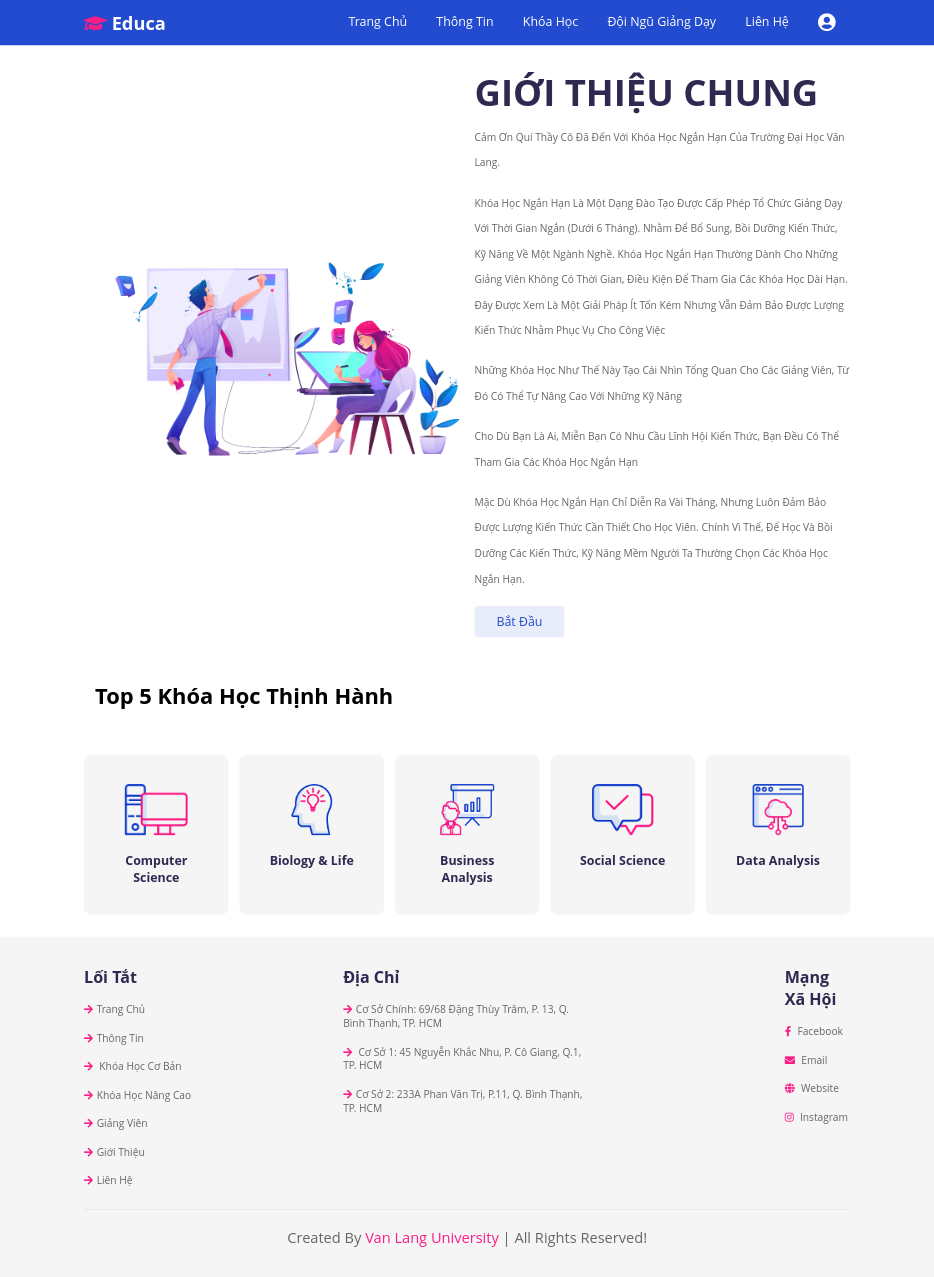
Repository: nhatkhanh022400/Layout
Page: Page-User/home.html
An editor plug-in stored every save of this project. The page is shown before and after the next save, followed by the edit.
The browser window is 1280 px wide. The pictures show the whole page, at 73% of full size.

Above is the page before, as saved 2022-03-22 16:48:50.
Console error: ReferenceError: $ is not defined

### Page-User/home.html
<!DOCTYPE html>
<html lang="en">
<head>
    <meta charset="UTF-8">
    <meta http-equiv="X-UA-Compatible" content="IE=edge">
    <meta name="viewport" content="width=device-width, initial-scale=1.0">
    <title>home</title>

    <!-- font awesome cdn link  -->
    <link rel="stylesheet" href="https://cdnjs.cloudflare.com/ajax/libs/font-awesome/5.15.4/css/all.min.css">

    <!-- custom css file link  -->
    <link rel="stylesheet" href="css/style.css">
    <link rel="stylesheet" href="https://unpkg.com/aos@next/dist/aos.css" />

</head>
<body>

<!-- header section starts  -->

<header class="header">

    <a href="home.html" class="logo"> <i class="fas fa-graduation-cap"></i> educa </a>

    <div id="menu-btn" class="fas fa-bars"></div>

    <nav class="navbar">
        <ul>
            <li><a href="home.html">Trang Chủ</a></li>
            <li><a href="about.html">Thông Tin</a></li>
            <li><a href="#">Khóa Học</a>
                <ul>
                    <li><a href="course-1.html">Khóa Học Cơ Bản</a></li>
                    <li><a href="course-2.html">Khóa Học Nâng Cao </a></li>

                </ul>
            </li>
            <li>
                <a href="#">Đội Ngũ Giảng Dạy</a>
                <ul>
                    <li><a href="blog.html">Giới Thiệu</a></li>
                    <li><a href="teachers.html">Giảng Viên</a></li>
                </ul>
            </li>
            <li><a href="contact.html">Liên Hệ</a></li>
            <li>
                <a href="#">
                    <i class="fas fa-user-circle"></i>
                </a>
                <ul>
                    <li><a href="user.html">Profile</a></li>
                    <li><a href="sign-up.html">Đăng Xuất</a></li>
                </ul>

            </li>
        </ul>
    </nav>

</header>

<!-- header section ends -->

<!-- home section starts  -->

<section class="home">

    <div class="image">
        <img src="images/home-img.png" alt="">
    </div>

    <div class="content">
        <h3>GIỚI THIỆU CHUNG</h3>
        <p>Cảm ơn quí thầy cô đã đến với khóa học ngắn hạn của Trường Đại Học Văn Lang.</p>

           <p> Khóa học ngắn hạn là một dạng đào tạo được cấp phép tổ chức giảng dạy với thời gian ngắn (dưới 6 tháng). Nhằm để bổ sung, bồi dưỡng kiến thức, kỹ năng về một ngành nghề. Khóa học ngắn hạn thường dành cho những giảng viên không có thời gian, điều kiện để tham gia các khóa học dài hạn. Đây được xem là một giải pháp ít tốn kém nhưng vẫn đảm bảo được lượng kiến thức nhằm phục vụ cho công việc</p>

           <p> Những khóa học như thế này tạo cái nhìn tổng quan cho các giảng viên, từ đó có thể tự nâng cao với những kỹ năng</p>

           <p> Cho dù bạn là ai, miễn bạn có nhu cầu lĩnh hội kiến thức, bạn đều có thể tham gia các khóa học ngắn hạn</p>

           <p> Mặc dù khóa học ngắn hạn chỉ diễn ra vài tháng, nhưng luôn đảm bảo được lượng kiến thức cần thiết cho học viên. Chính vì thế, để học và bồi dưỡng các kiến thức, kỹ năng mềm người ta thường chọn các khóa học ngắn hạn.</p>
        <a href="about.html" class="btn">Bắt Đầu</a>
    </div>

</section>

<!-- home section ends -->

<!-- categories section starts  -->
<section class="trending">Top 5 Khóa Học Thịnh Hành</section>
<section class="category">

    <a href="#" class="box">
        <img src="images/category-1.png" alt="">
        <h3>computer science</h3>
    </a>

    <a href="#" class="box">
        <img src="images/category-2.png" alt="">
        <h3>biology & life</h3>
    </a>

    <a href="#" class="box">
        <img src="images/category-3.png" alt="">
        <h3>business analysis</h3>
    </a>

    <a href="#" class="box">
        <img src="images/category-4.png" alt="">
        <h3>social science</h3>
    </a>

    <a href="#" class="box">
        <img src="images/category-5.png" alt="">
        <h3>data analysis</h3>
    </a>

</section>

<!-- categories section ends -->












<!-- footer section starts  -->

<section class="footer" data-aos="fade-right" data-aos-duration="40000">

    <div class="box-container">

        <div class="box">
            <h3>Lối Tắt</h3>
            <a href="home.html"> <i class="fas fa-arrow-right"></i>Trang Chủ</a>
            <a href="about.html"> <i class="fas fa-arrow-right"></i>Thông Tin </a>
            <a href="course-1.html"> <i class="fas fa-arrow-right"></i> Khóa Học Cơ Bản</a>
            <a href="course-2.html"> <i class="fas fa-arrow-right"></i>Khóa Học Nâng Cao</a>
            <a href="teachers.html"> <i class="fas fa-arrow-right"></i>Giảng Viên</a>
            <a href="blog.html"> <i class="fas fa-arrow-right"></i>Giới Thiệu</a>
            <a href="contact.html"> <i class="fas fa-arrow-right"></i>Liên Hệ</a>
        </div>

        <div class="box">
            <h3>Địa Chỉ</h3>
            <a href="#"> <i class="fas fa-arrow-right"></i>Cơ sở chính: 69/68 Đặng Thùy Trâm, P. 13, Q. Bình Thạnh, TP. HCM</a>
            <a href="#"> <i class="fas fa-arrow-right"></i> Cơ sở 1: 45 Nguyễn Khắc Nhu, P. Cô Giang, Q.1, TP. HCM</a>
            <a href="#"> <i class="fas fa-arrow-right"></i>Cơ sở 2: 233A Phan Văn Trị, P.11, Q. Bình Thạnh, TP. HCM</a>

        </div>

        <div class="box" style="margin-left: 25rem;">
            <h3>Mạng Xã Hội</h3>
            <a href="#"> <i class="fab fa-facebook-f"></i> facebook </a>
            <a href="#"> <i class="fas fa-envelope"></i> email</a>
            <a href="#"> <i class="fas fa-globe"></i> website </a>
            <a href="#"> <i class="fab fa-instagram"></i> instagram </a>

        </div>

    </div>

    <div class="credit"> created by <span>Van Lang University</span> | all rights reserved! </div>

</section>

<!-- footer section ends -->

<!-- custom js file link  -->
<script src="js/script.js"></script>
<script src="https://unpkg.com/aos@next/dist/aos.js"></script>
    <script>
        AOS.init();
    </script>
</body>
</html>

### Page-User/css/style.css
@import url("https://fonts.googleapis.com/css2?family=Poppins:wght@100;300;400;500;600&display=swap");
* {
  font-family: 'Open Sans', sans-serif;
  margin: 0;
  padding: 0;
  -webkit-box-sizing: border-box;
  box-sizing: border-box;
  text-transform: capitalize;
  text-decoration: none;
  outline: none;
  border: none;
  -webkit-transition: all 0.2s linear;
  transition: all 0.2s linear;
}

html {
  font-size: 62.5%;
  overflow-x: hidden;
}

section {
  padding: 3rem 9%;
}

.btn {
  display: inline-block;
  margin-top: 1rem;
  padding: 1rem 3rem;
  background: #e9edfb;
  color: #224bcf;
  cursor: pointer;
  border-radius: 0.5rem;
  font-size: 1.7rem;
}

.btn:hover {
  color: #fff;
  background: #224bcf;
}

.heading {
  background: url(../images/heading-bg.png) no-repeat;
  background-size: cover;
  background-position: center;
}

.heading h3 {
  font-size: 3.5rem;
  color: #302851;
}

.heading p {
  font-size: 1.6rem;
  color: #666;
  padding-top: 0.5rem;
}

.heading p a {
  padding-right: 0.5rem;
  color: #fa1d86;
}

.heading p a:hover {
  color: #224bcf;
}

.header {
  position: -webkit-sticky;
  position: sticky;
  top: 0;
  left: 0;
  right: 0;
  z-index: 1000;
  display: -webkit-box;
  display: -ms-flexbox;
  display: flex;
  -webkit-box-align: center;
  -ms-flex-align: center;
  align-items: center;
  -webkit-box-pack: justify;
  -ms-flex-pack: justify;
  justify-content: space-between;
  padding: 0 9%;
  background: #224bcf;
  height: 62px;
}

.header .logo {
  font-size: 2.5rem;
  font-weight: bolder;
  color: #fff;
  text-decoration: none;
}

.header .logo i {
  color: #fa1d86;
}

.header .navbar ul {
  list-style: none;
  width: 100%;
}

.header .fa-user-circle{
  font-size: 25px;
}

.header .navbar ul li {
  position: relative;
  float: left;
}

.header .navbar ul li:hover ul {
  display: block;
}

.header .navbar ul li a {
  padding: 2rem;
  display: block;
  font-size: 1.7rem;
  color: #fff;
  text-decoration: none;
}

.header .navbar ul li a:hover {
  background: #fa1d86;
}

.header .navbar ul li ul {
  position: absolute;
  left: 0;
  width: 20rem;
  background: #224bcf;
  display: none;
}

.header .navbar ul li ul li {
  width: 100%;
}

#menu-btn {
  cursor: pointer;
  color: #fff;
  font-size: 2.5rem;
  display: none;
}

.home {
  display: -webkit-box;
  display: -ms-flexbox;
  display: flex;
  -webkit-box-align: center;
  -ms-flex-align: center;
  align-items: center;
  -ms-flex-wrap: wrap;
  flex-wrap: wrap;
  gap: 2rem;
}

.home .image {
  -webkit-box-flex: 1;
  -ms-flex: 1 1 42rem;
  flex: 1 1 42rem;
}

.home .image img {
  width: 100%;
}

.home .content {
  -webkit-box-flex: 1;
  -ms-flex: 1 1 42rem;
  flex: 1 1 42rem;
}

.home .content h3 {
  color: #302851;
  font-size: 5rem;
}

.home .content p {
  font-size: 1.4rem;
  color: #666;
  padding: 1rem 0;
  line-height: 2.5;
}

.trending{
  font-size: 30px;
  font-weight: bold;
  margin-left: 1.5rem;
}

.category {
  display: -ms-grid;
  display: grid;
  -ms-grid-columns: (minmax(16rem, 1fr)) [auto-fit];
  grid-template-columns: repeat(auto-fit, minmax(16rem, 1fr));
  gap: 1.5rem;
}

.category .box {
  border-radius: 1rem;
  background: #f5f5f5;
  padding: 4rem 3rem;
  text-align: center;
}

.category .box img {
  height: 7rem;
  margin-bottom: 2rem;
}

.category .box h3 {
  font-size: 1.7rem;
  color: #302851;
}

.about {
  display: -webkit-box;
  display: -ms-flexbox;
  display: flex;
  -webkit-box-align: center;
  -ms-flex-align: center;
  align-items: center;
  -ms-flex-wrap: wrap;
  flex-wrap: wrap;
  gap: 2rem;
}

.about .image {
  -webkit-box-flex: 1;
  -ms-flex: 1 1 42rem;
  flex: 1 1 42rem;
}

.about .image img {
  width: 100%;
}

.about .content {
  -webkit-box-flex: 1;
  -ms-flex: 1 1 42rem;
  flex: 1 1 42rem;
}

.about .content h3 {
  color: #302851;
  font-size: 4.5rem;
}

.about .content p {
  font-size: 1.4rem;
  padding: 1rem 0;
  color: #666;
  line-height: 2.5;
}

.teachers {
  display: -ms-grid;
  display: grid;
  -ms-grid-columns: (minmax(27rem, 1fr)) [auto-fit];
  grid-template-columns: repeat(auto-fit, minmax(27rem, 1fr));
  gap: 1.5rem;

}

.teachers .box {
  text-align: center;
  overflow: hidden;
}

.teachers .box:hover .image .share {
  -webkit-transform: translateY(0);
  transform: translateY(0);
}

.teachers .box:hover .image .share a {
  transform: translateY(10px);
  opacity: 1;
  transition: transform 0.2s 0.2s;
  transition: transform 0.2s 0.2s, -webkit-transform 0.2s 0.2s;
}

.teachers .box:hover .image .share button {
  background-color: transparent;
  color: white;
  font-weight: bold;
  border: 1px solid white;
  padding: 3px 6px;
  border-radius: 3px;
  font-size: 15px;
  transform: translateY(-10px);
  opacity: 1;
  transition: transform 0.2s 0.2s;
}

.teachers .box:hover .image .share .status {
  float: left;
  background-color: transparent;
  color: white;
  font-size: 13px;
  transform: translateY(-10px);
  transition: p 0.2s;
}

.teachers .box .image {
  overflow: hidden;
  height: 32rem;
  width: 100%;
  position: relative;
  border-radius: 1rem;
}

.teachers .box .image .share {
  position: absolute;
  top: 0;
  left: 0;
  height: 100%;
  width: 100%;
  background: rgba(0, 0, 0, 0.7);
  display: -webkit-box;
  display: -ms-flexbox;
  display: flex;
  -webkit-box-align: end;
  -ms-flex-align: end;
  align-items: flex-end;
  -webkit-box-pack: center;
  -ms-flex-pack: center;
  justify-content: center;
  z-index: 10;
  overflow: hidden;
  -webkit-transform: translateY(-100%);
  transform: translateY(-100%);
}

.teachers .box .image .share a {
  font-size: 2.5rem;
  margin: 2rem 1.5rem;
  color: #fff;
  -webkit-transform: translateY(5rem);
  transform: translateY(5rem);
  opacity: 0;
}

.teachers .box .image .share a:hover {
  color: #fa1d86;
}

.teachers .box .image .share button:hover {
  background-color: white;
  color: black;
}

.teachers .box .image img {
  height: 100%;
  width: 100%;
  -o-object-fit: cover;
  object-fit: cover;
}

.teachers .box .content {
  padding-top: 1rem;
}

.teachers .box .content h3 {
  font-size: 2rem;
  color: #302851;
}

.teachers .box .content span {
  color: #666;
  font-size: 1.5rem;
}

.blog {
  display: -ms-grid;
  display: grid;
  -ms-grid-columns: (minmax(31rem, 1fr)) [auto-fit];
  grid-template-columns: repeat(auto-fit, minmax(31rem, 1fr));
  gap: 1.5rem;
}

.blog .box .image {
  height: 25rem;
  width: 100%;
  overflow: hidden;
}

.blog .box .image img {
  height: 100%;
  width: 100%;
  -o-object-fit: cover;
  object-fit: cover;
  border-radius: 0.5rem;
}

.blog .box .content {
  padding: 2rem;
  background: #f5f5f5;
}

.blog .box .content .icons {
  padding: 1.5rem 0;
  margin-bottom: 1rem;
  display: -webkit-box;
  display: -ms-flexbox;
  display: flex;
  -webkit-box-align: center;
  -ms-flex-align: center;
  align-items: center;
  -webkit-box-pack: justify;
  -ms-flex-pack: justify;
  justify-content: space-between;
}

.blog .box .content .icons a {
  font-size: 1.4rem;
  color: #666;
}

.blog .box .content .icons a:hover {
  color: #224bcf;
}

.blog .box .content .icons a i {
  padding-right: 0.5rem;
  color: #224bcf;
}

.blog .box .content h3 {
  font-size: 1.7rem;
  padding: 0.5rem 0;
  color: #302851;
}

.blog .box .content p {
  padding: 1rem 0;
  font-size: 1.4rem;
  line-height: 2.5;
  color: #666;
}

.contact .icons-container {
  display: -ms-grid;
  display: grid;
  -ms-grid-columns: (minmax(30rem, 1fr)) [auto-fit];
  grid-template-columns: repeat(auto-fit, minmax(30rem, 1fr));
  gap: 1.5rem;
}

.contact .icons-container .icons {
  text-align: center;
  padding: 2rem;
  border-radius: 1rem;
  background: #f5f5f5;
  margin-bottom: 2rem;
}

.contact .icons-container .icons i {
  height: 6.5rem;
  width: 6.5rem;
  line-height: 6.5rem;
  font-size: 2.5rem;
  color: #224bcf;
  background: #e9edfb;
  border-radius: 50%;
  text-align: center;
  margin-bottom: 0.5rem;
}

.contact .icons-container .icons h3 {
  font-size: 2rem;
  color: #302851;
  padding: 0.7rem 0;
}

.contact .icons-container .icons p {
  line-height: 2;
  font-size: 1.4rem;
  color: #666;
}

.contact .row {
  display: -webkit-box;
  display: -ms-flexbox;
  display: flex;
  -ms-flex-wrap: wrap;
  flex-wrap: wrap;
  gap: 1.5rem;
}

.contact .row form {
  -webkit-box-flex: 1;
  -ms-flex: 1 1 42rem;
  flex: 1 1 42rem;
  border-radius: 1rem;
  background: #f5f5f5;
  padding: 2rem;
}

.contact .row form h3 {
  font-size: 2.5rem;
  color: #302851;
  margin-bottom: 0.5rem;
}

.contact .row form .box,
.contact .row form textarea {
  width: 100%;
  padding: 1rem 1.2rem;
  font-size: 1.6rem;
  color: #666;
  text-transform: none;
  margin: 1rem 0;
  border-radius: 0.5rem;
  background: #fff;
}

.contact .row form textarea {
  height: 15rem;
  resize: none;
}

.contact .row .map {
  -webkit-box-flex: 1;
  -ms-flex: 1 1 42rem;
  flex: 1 1 42rem;
  width: 100%;
  border-radius: 1rem;
}

.footer {
  background: #f5f5f5;
}

.footer .box-container {
  display: -ms-grid;
  display: grid;
  -ms-grid-columns: (minmax(25rem, 1fr)) [auto-fit];
  grid-template-columns: repeat(auto-fit, minmax(25rem, 1fr));
  gap: 1.5rem;
}

.footer .box-container .box h3 {
  font-size: 2.2rem;
  padding: 1rem 0;
  color: #302851;
}

.footer .box-container .box a {
  display: block;
  font-size: 1.4rem;
  padding: 1rem 0;
  color: #666;
}

.footer .box-container .box a:hover {
  color: #fa1d86;
}

.footer .box-container .box a:hover i {
  padding-right: 2rem;
}

.footer .box-container .box a i {
  color: #fa1d86;
  padding-right: 0.5rem;
}

.footer .credit {
  text-align: center;
  margin-top: 2rem;
  padding: 1rem;
  padding-top: 2.5rem;
  font-size: 2rem;
  color: #666;
  border-top: 0.1rem solid rgba(0, 0, 0, 0.1);
}

.footer .credit span {
  color: #fa1d86;
}

/* =================================user===================================================== */

/* --------------------------------nav----------------------------- */
.border-right{
  font-size: 15px;
}
.form-control:focus {
  box-shadow: none;
  border-color: #BA68C8
}

.profile-button {
  background: rgb(99, 39, 120);
  box-shadow: none;
  border: none
}

.profile-button:hover {
  background: #682773
}

.profile-button:focus {
  background: #682773;
  box-shadow: none
}

.profile-button:active {
  background: #682773;
  box-shadow: none
}

.back:hover {
  color: #682773;
  cursor: pointer
}

.labels {
  font-size: 15px
}

.experience{
  font-size: 13px;
}

.add-experience:hover {
  background: #478cff;
  color: #fff;
  cursor: pointer;
  border: solid 1px #BA68C8
}

/* =============================================================================================== */

/* =================================================sign-up======================================== */

.bg-signup{
  width: 100%;
  min-height: 100vh;
  background-color: #f2f3f5;
  display: flex;
  align-items: center;
  justify-content: center;
  padding: 100px 0;
  background-image: url(../img/login.jpg);
  background-attachment: fixed;
  background-size: cover;
  object-fit: cover;
  background-repeat: no-repeat;
}
.signup {

  padding: 90px 75px;
  background-color: #fff;
  width: 100%;
  max-width: 600px;
  border-radius: 30px;
}

.signup .logo {
  text-align: center;
}
.signup-heading {
  font-size: 40px;
  font-weight: bold;
  color: #373941;
  text-align: center;
  margin-bottom: 35px;
}
.signup-social {
  padding: 10px;
  border-radius: 20px;
  display: block;
  width: 100%;
  color: white;
  font-size: 16px;
  font-weight: bold;
  font-family: "Poppins", sans-serif;
  border: 0;
  background-color: #4c6ff4;
  display: flex;
  align-items: center;
  cursor: pointer;
  outline: none;
  box-shadow: 0 5px 10px 0 rgba(76, 111, 244, 0.5);
}
.signup-social-icon {
  width: 60px;
  height: 60px;
  border-radius: 10px;
  background-color: white;
  display: flex;
  align-items: center;
  justify-content: center;
  color: #4c6ff4;
  font-size: 30px;
}
.signup-social-text {
  display: block;
  margin: 0 auto;
}
.signup-or {
  text-align: center;
  font-size: 16px;
  color: #999;
  margin: 55px auto;
  position: relative;
}
.signup-or span {
  display: inline-block;
  padding: 10px 30px;
  background-color: #fff;
  position: relative;
  z-index: 2;
}
.signup-or:after {
  content: "";
  width: 100%;
  height: 1px;
  background-color: #999;
  position: absolute;
  top: 50%;
  left: 0;
  transform: translateY(-50%);
}
.signup-label {
  font-size: 16px;
  color: #63676b;
  font-weight: 500;
  margin-bottom: 10px;
  display: inline-block;
  cursor: pointer;
}
.signup-input {
  display: block;
  width: 100%;
  padding: 25px;
  border-radius: 14px;
  background-color: #f2f3f5;
  outline: none;
  border: 0;
  font-family: "Poppins", sans-serif;
  font-size: 18px;
  margin-bottom: 30px;
}
.signup-input::-webkit-input-placeholder {
  color: #b4bac0;
  font-weight: 500;
}
.signup-input::-moz-input-placeholder {
  color: #b4bac0;
  font-weight: 500;
}
.signup-submit {
  padding: 25px;
  color: white;
  font-size: 18px;
  text-align: center;
  border: 0;
  outline: none;
  display: inline-block;
  width: 100%;
  border-radius: 14px;
  background-color: rgb(130, 201, 30);
  font-family: "Poppins", sans-serif;
  cursor: pointer;
  font-weight: 600;
  box-shadow: 0 5px 10px 0 rgba(130, 201, 30, 0.5);
  margin-top: 25px;
  margin-bottom: 25px;
}
.signup-already {
  text-align: center;
  font-size: 16px;
  color: #999;
}
.signup-login-link {
  color: #2979ff;
  text-decoration: none;
}
/* ================================================================================================= */

/* ================================================animation========================================== */


@media (max-width: 1200px) {
  html {
    font-size: 55%;
  }
  section {
    padding: 3rem 2rem;
  }
}

@media (max-width: 768px) {
  #menu-btn {
    display: inline-block;
  }
  .header {
    padding: 2rem;
  }
  .header .navbar {
    position: absolute;
    top: 99%;
    left: 0;
    right: 0;
    background: #224bcf;
    -webkit-clip-path: polygon(0 0, 100% 0, 100% 0, 0 0);
    clip-path: polygon(0 0, 100% 0, 100% 0, 0 0);
  }
  .header .navbar.active {
    -webkit-clip-path: polygon(0 0, 100% 0, 100% 100%, 0 100%);
    clip-path: polygon(0 0, 100% 0, 100% 100%, 0 100%);
  }
  .header .navbar ul li {
    width: 100%;
  }
  .header .navbar ul li ul {
    width: 100%;
    position: relative;
  }
  .about .content h3 {
    font-size: 3rem;
  }
  .main-video video {
    width: 95%;
    border-width: 0.2rem;
  }
}

@media (max-width: 450px) {
  html {
    font-size: 50%;
  }
}

### Page-User/js/script.js
let navbar = document.querySelector('.header .navbar');

document.querySelector('#menu-btn').onclick = () =>{
    navbar.classList.toggle('active');
}

window.onscroll = () =>{
    navbar.classList.remove('active');
}

$(document).ready(function(){
    $(window).scroll(function(){
        $(".teachersani").each(function(){
            const pos = $(this).offset().top;
            const winTop = $(window).scrollTop();
            if (pos < winTop + 600) {
                $(this).addClass("slide");
            }
        })
    })
})

After the next save:
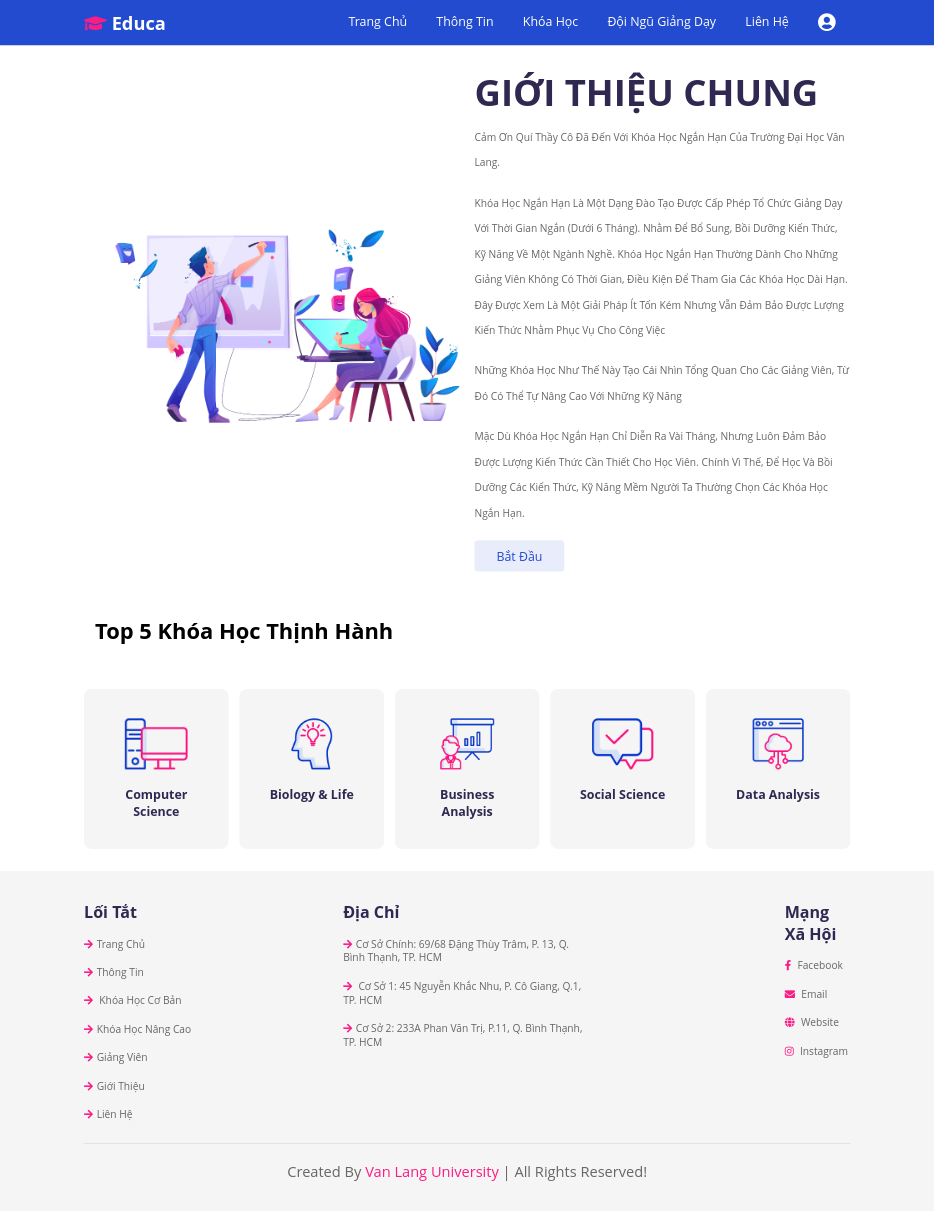
Saved 37 s later.
--- a/Page-User/home.html
+++ b/Page-User/home.html
@@ -75,8 +75,6 @@
            <p> Khóa học ngắn hạn là một dạng đào tạo được cấp phép tổ chức giảng dạy với thời gian ngắn (dưới 6 tháng). Nhằm để bổ sung, bồi dưỡng kiến thức, kỹ năng về một ngành nghề. Khóa học ngắn hạn thường dành cho những giảng viên không có thời gian, điều kiện để tham gia các khóa học dài hạn. Đây được xem là một giải pháp ít tốn kém nhưng vẫn đảm bảo được lượng kiến thức nhằm phục vụ cho công việc</p>
 
            <p> Những khóa học như thế này tạo cái nhìn tổng quan cho các giảng viên, từ đó có thể tự nâng cao với những kỹ năng</p>
-
-           <p> Cho dù bạn là ai, miễn bạn có nhu cầu lĩnh hội kiến thức, bạn đều có thể tham gia các khóa học ngắn hạn</p>
 
            <p> Mặc dù khóa học ngắn hạn chỉ diễn ra vài tháng, nhưng luôn đảm bảo được lượng kiến thức cần thiết cho học viên. Chính vì thế, để học và bồi dưỡng các kiến thức, kỹ năng mềm người ta thường chọn các khóa học ngắn hạn.</p>
         <a href="about.html" class="btn">Bắt Đầu</a>
